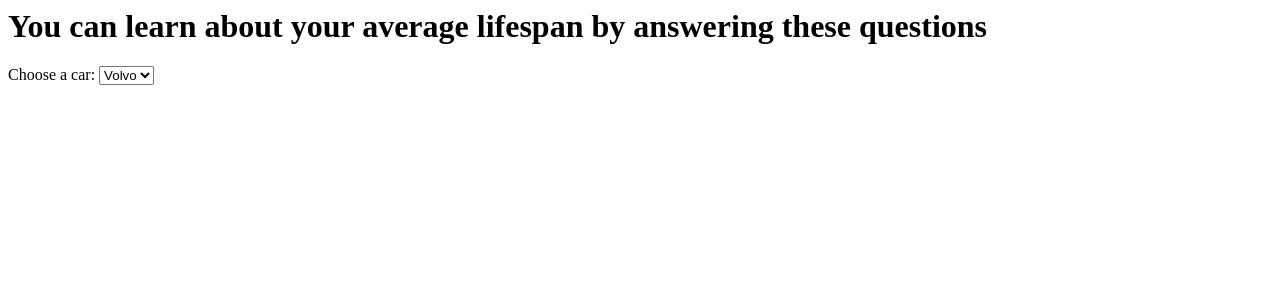
Repository: navid-amini12/capstone-1
Page: wordgame.html
The author's editor kept a copy of each file at every save. The page is drawn from the files as they stood at one save, then again after the next save.
The browser window is 1280 px wide. The pictures show the whole page.

Above is the page before, as saved 2022-05-13 10:57:13.

### wordgame.html
<h1>You can learn about your average lifespan by answering these questions </h1>
<label for="cars">Choose a car:</label>

<select id="cars">
  <option value="volvo">Volvo</option>
  <option value="saab">Saab</option>
  <option value="opel">Opel</option>
  <option value="audi">Audi</option>
</select>

After the next save:
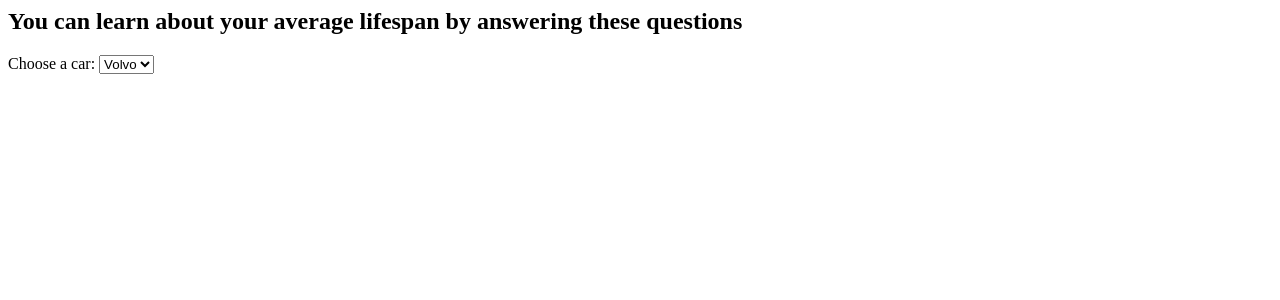
Saved 11 s later.
--- a/wordgame.html
+++ b/wordgame.html
@@ -1,4 +1,4 @@
-<h1>You can learn about your average lifespan by answering these questions </h1>
+<h2>You can learn about your average lifespan by answering these questions </h1>
 <label for="cars">Choose a car:</label>
 
 <select id="cars">
